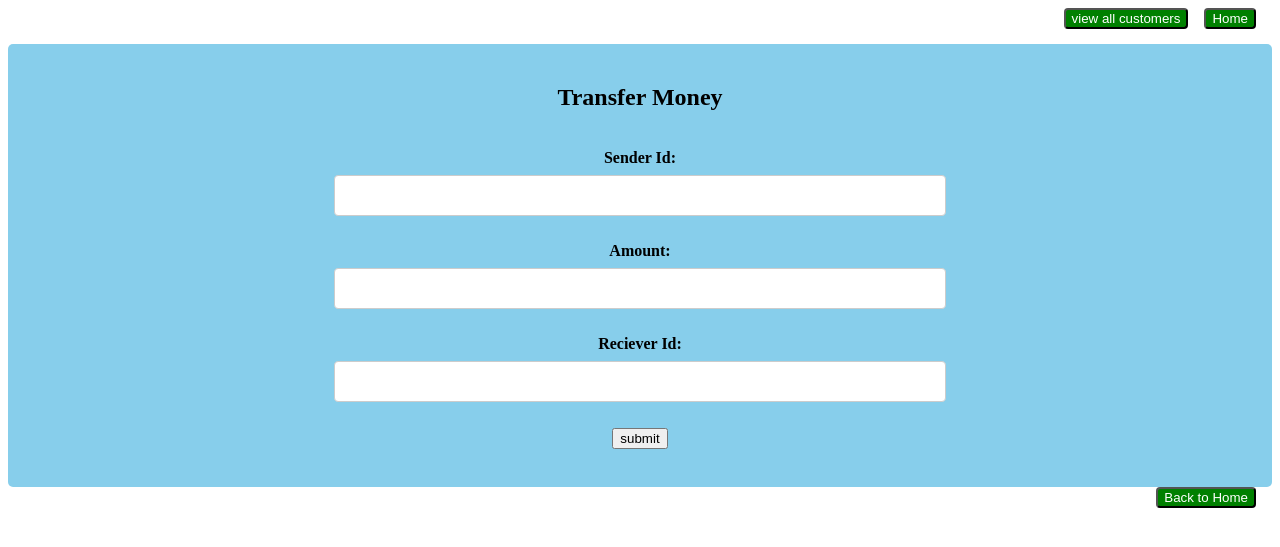
Repository: BarnalaManognaram/sparxintern
Page: sparx_internship/sparx/src/main/webapp/transfer.html
These files come from the project's save history. The page is drawn as it stood at one moment and after the next save; the edit follows.
The browser window is 1280 px wide. The pictures show the whole page.

Above is the page before, as saved 2021-09-19 16:44:16.

After the next save:
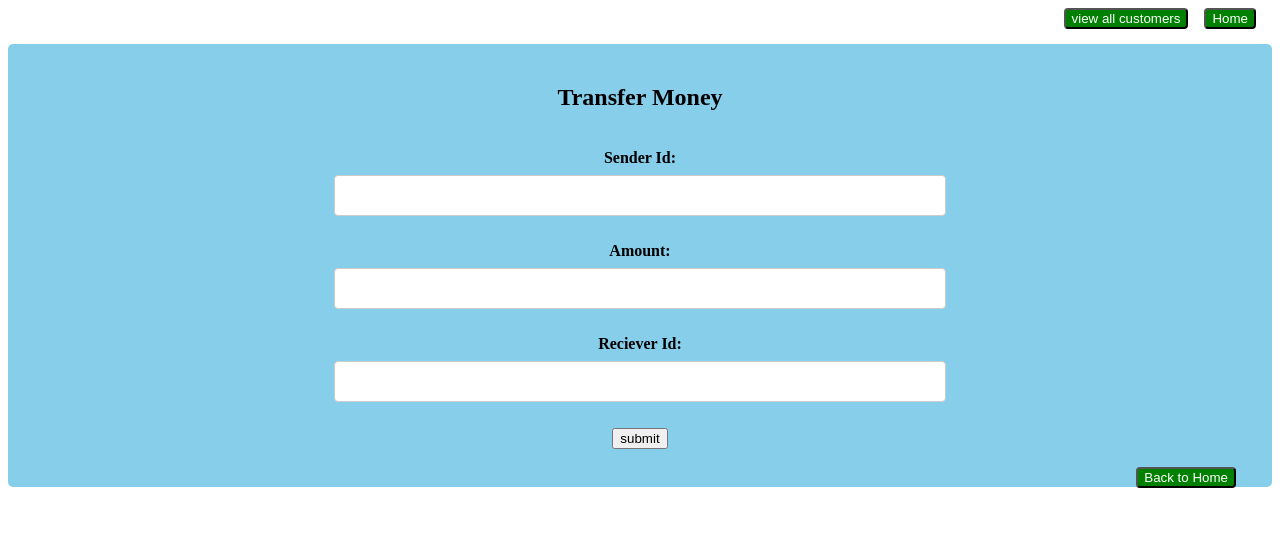
Saved 23 s later.
--- a/sparx_internship/sparx/src/main/webapp/transfer.html
+++ b/sparx_internship/sparx/src/main/webapp/transfer.html
@@ -15,9 +15,9 @@
     <b>Amount:</b><br><input  type="text" name="tm"/><br><br>
     <b>Reciever Id:</b><br><input type="text" name="rid"/><br><br>
     <input type="button" value="submit"/><br><br>
+      <a href="home.html"><button class="button1">Back to Home</button></a>
+    </div>
 
-    </div>
-     <a href="home.html"><button class="button1">Back to Home</button></a>
   </center>
 </body>
 <style>
